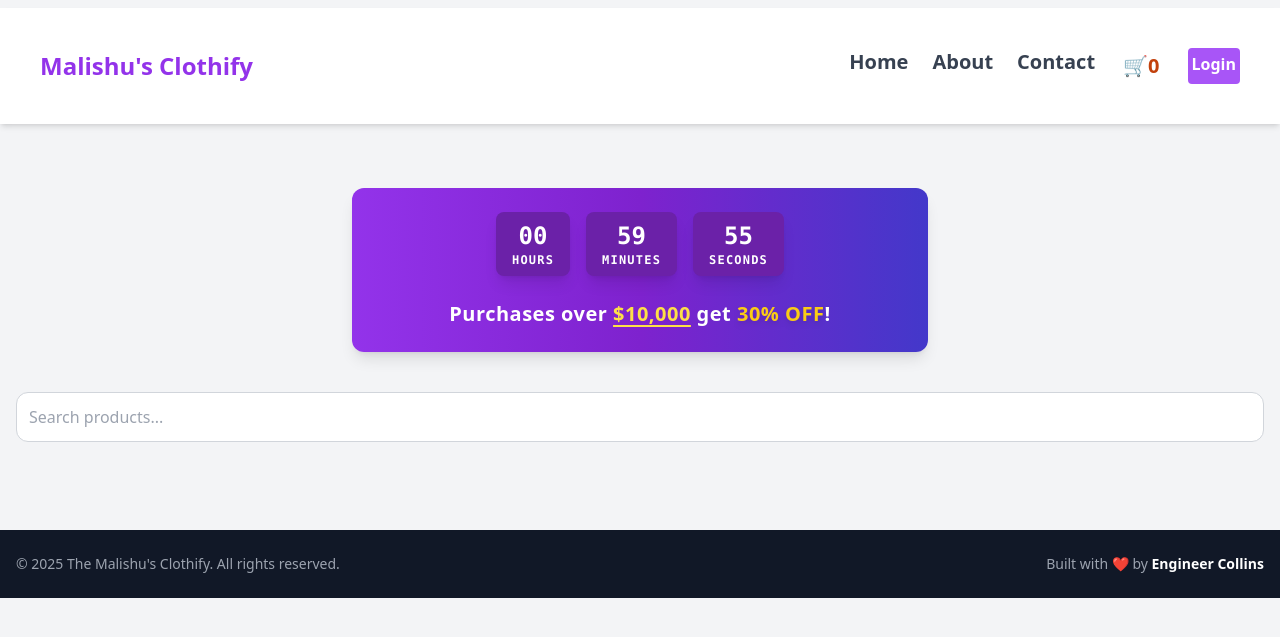
Repository: Engineer-collo/Modern-Ecommerce-Application
Page: /
These files come from the project's save history. The page is drawn as it stood at one moment and after the next save; the edit follows.
The browser window is 1280 px wide. The pictures show the whole page.
The page's requests for data from a server got no answer. The project was rebuilt for these pictures with package versions that can differ from the ones it lists, and the page was loaded fresh each time. No one was signed in, and anything a server would have sent is missing. Also part of the build but not shown: vite.config.js, src/components/SignupForm.jsx, src/components/LoginForm.jsx, src/components/ProductCard.jsx, src/components/Contact.jsx, src/components/About.jsx, src/components/Cart.jsx.

Above is the page before, as saved 2025-05-23 16:32:44.

### index.html
<!DOCTYPE html>
<html lang="en">
<head>
  <meta charset="UTF-8">
  <meta name="viewport" content="width=device-width, initial-scale=1.0">
  <title>Ecommerce</title>
</head>
<body class="bg-gray-100">
  <div id="root"></div>
  <script type="module" src="/src/main.jsx"></script>
</body>
</html>

### src/main.jsx
import React from 'react'
import ReactDOM from 'react-dom/client'
import './index.css'
import App from './App'

ReactDOM.createRoot(document.getElementById('root')).render(
  <React.StrictMode>
    <App />
  </React.StrictMode>,
)

### src/App.jsx
import { BrowserRouter as Router, Routes, Route } from 'react-router-dom';
import { useEffect, useState } from 'react';
import Footer from './components/Footer';
import Navbar from './components/Navbar';
import SignupForm from './components/SignupForm';
import LoginForm from './components/LoginForm';
import ProductFeed from './components/ProductFeed';
import Contact from './components/Contact';
import About from './components/About';
import Cart from './components/Cart';

import {
  showSuccessToast,
  ToastContainerWrapper,
} from './components/Toast';

function App() {
  const [cart, setCart] = useState([]);
  const [cartLoaded, setCartLoaded] = useState(false);

  // Load cart from localStorage
  useEffect(() => {
    const storedCart = localStorage.getItem("cart");
    if (storedCart) {
      try {
        setCart(JSON.parse(storedCart));
      } catch (error) {
        console.error("Failed to parse cart from localStorage:", error);
      }
    }
    setCartLoaded(true);
  }, []);

  // Save cart to localStorage when updated
  useEffect(() => {
    if (cartLoaded) {
      localStorage.setItem("cart", JSON.stringify(cart));
    }
  }, [cart, cartLoaded]);

  const addToCart = (product) => {
    setCart(prevCart => {
      const existing = prevCart.find(item => item.id === product.id);
      if (existing) {
        return prevCart.map(item =>
          item.id === product.id
            ? { ...item, quantity: item.quantity + 1 }
            : item
        );
      } else {
        return [...prevCart, { ...product, quantity: 1 }];
      }
    });
    showSuccessToast("Added to cart!");
  };

  const removeFromCart = (product) => {
    setCart(prevCart =>
      prevCart
        .map(item =>
          item.id === product.id
            ? { ...item, quantity: item.quantity - 1 }
            : item
        )
        .filter(item => item.quantity > 0)
    );
    showSuccessToast("Removed from cart!");
  };

  return (
    <Router>
      <Navbar cart={cart} />
      <Routes>
        <Route
          path="/"
          element={
            <ProductFeed
              addToCart={addToCart}
              showSuccessToast={showSuccessToast}
              cart={cart}
            />
          }
        />
        <Route
          path="/cart"
          element={
            <Cart
              cart={cart}
              removeFromCart={removeFromCart}
            />
          }
        />
        <Route path="/login" element={<LoginForm />} />
        <Route path="/signup" element={<SignupForm />} />
        <Route path="/about" element={<About />} />
        <Route path="/contact" element={<Contact showSuccessToast={showSuccessToast} />} />
      </Routes>
      <ToastContainerWrapper />
      <Footer />
    </Router>
  );
}

export default App;

### src/components/Footer.jsx
const Footer = () => {
    return(
        <>
        <footer className="bg-gray-900 text-white py-6 mt-12">
  <div className="max-w-7xl mx-auto px-4 flex flex-col md:flex-row justify-between items-center space-y-4 md:space-y-0">
    <p className="text-sm text-gray-400">
      &copy; {new Date().getFullYear()} The Malishu's Clothify.  All rights reserved.
    </p>
    <p className="text-sm text-gray-400">
      Built with ❤️ by <span className="text-white font-semibold">Engineer Collins</span>
    </p>


  </div>
</footer>

        </>
    )
}

export default Footer

### src/components/Navbar.jsx
import React, { useState } from "react";
import { Link } from "react-router-dom";

const Navbar = ({ cart = [] }) => {
  const [isOpen, setIsOpen] = useState(false);

  const toggleMenu = () => setIsOpen(!isOpen);

  return (
    <header className="mt-2 bg-white shadow-md">
      <div className="max-w-7xl mx-auto px-10 py-10 flex flex-col md:flex-row md:justify-between md:items-center">
        <div className="flex justify-between items-center">
          <h1 className="text-2xl font-bold text-gray-800">
            <Link
              to="/"
              className="hover:text-blue-500 text-gray-700 transition"
            >
              <span className="text-purple-600">Malishu's Clothify</span>
            </Link>
          </h1>

          <div className="md:hidden">
            <button
              onClick={toggleMenu}
              className="text-gray-700 focus:outline-none"
            >
              <svg
                className="h-6 w-6"
                fill="none"
                stroke="currentColor"
                strokeWidth="2"
                viewBox="0 0 24 24"
              >
                <path
                  strokeLinecap="round"
                  strokeLinejoin="round"
                  d={
                    isOpen
                      ? "M6 18L18 6M6 6l12 12"
                      : "M4 6h16M4 12h16M4 18h16"
                  }
                />
              </svg>
            </button>
          </div>
        </div>

        {/* Removed search input here */}

        {/* Desktop nav */}
        <nav className="space-x-6 hidden md:flex">
          <Link
            to="/"
            className="text-xl hover:text-blue-500 font-bold text-gray-700 transition"
          >
            Home
          </Link>
          <Link
            to="/about"
            className="text-xl hover:text-blue-500 font-bold text-gray-700 transition"
          >
            About
          </Link>
          <Link
            to="/contact"
            className="text-xl hover:text-blue-500 font-bold text-gray-700 transition"
          >
            Contact
          </Link>
          <Link
            to="/cart"
            className="text-xl rounded p-1 font-bold text-orange-700 transition"
          >
            🛒<span>{cart.length}</span>
          </Link>
          <Link
            to="/login"
            className="rounded p-1 bg-purple-500 font-bold text-white transition"
          >
            Login
          </Link>
        </nav>
      </div>

      {/* Mobile nav */}
      {isOpen && (
        <nav className="md:hidden px-4 pb-4 space-y-2">
          <nav className="md:hidden px-4 py-4 flex flex-col space-y-4 bg-white shadow-inner">
            <Link
              to="/"
              className="text-2xl font-bold text-gray-700 hover:text-blue-500 transition"
            >
              Home
            </Link>
            <Link
              to="/about"
              className="text-2xl font-bold text-gray-700 hover:text-blue-500 transition"
            >
              About
            </Link>
            <Link
              to="/contact"
              className="text-2xl font-bold text-gray-700 hover:text-blue-500 transition"
            >
              Contact
            </Link>
            <Link
              to="/cart"
              className="text-2xl font-bold text-orange-700 hover:text-orange-500 transition"
            >
              🛒 {cart.length}
            </Link>
            <Link
              to="/login"
              className="text-center text-2xl font-bold bg-purple-500 text-white px-3 py-2 rounded transition"
            >
              Login
            </Link>
          </nav>
        </nav>
      )}
    </header>
  );
};

export default Navbar;

### src/components/ProductFeed.jsx
import React, { useEffect, useState } from "react";
import ProductCard from "./ProductCard";
import OfferCountdown from "./OfferCountdown";

const ProductFeed = ({ addToCart }) => {
  const [products, setProducts] = useState([]);
  const [searchTerm, setSearchTerm] = useState("");

  useEffect(() => {
    fetch("https://fakestoreapi.com/products")
      .then((res) => res.json())
      .then((data) => setProducts(data))
      .catch((err) => console.error("Failed to fetch products:", err));
  }, []);

  const filteredProducts = products.filter((product) =>
    product.title.toLowerCase().includes(searchTerm.toLowerCase())
  );

  return (
    <>
      <div className="mt-12 p-4 max-w-7xl mx-auto">
        {/* Modern styled offer card */}
        <div className="mb-10 p-6 rounded-xl shadow-lg bg-gradient-to-r from-purple-600 via-purple-700 to-indigo-700 text-white max-w-xl mx-auto">
          <OfferCountdown />
          <p className="mt-6 text-center text-lg sm:text-xl font-semibold tracking-wide">
            Purchases over{" "}
            <span className="text-yellow-300 underline decoration-yellow-300 underline-offset-4">
              $10,000
            </span>{" "}
            get{" "}
            <span className="text-yellow-400 font-extrabold drop-shadow-md">
              30% OFF
            </span>
            !
          </p>
        </div>

        {/* Search input */}
        <input
          type="text"
          placeholder="Search products..."
          value={searchTerm}
          onChange={(e) => setSearchTerm(e.target.value)}
          className="mb-6 p-3 w-full border border-gray-300 rounded-xl focus:outline-none focus:ring-4 focus:ring-purple-500 focus:border-transparent transition"
        />

        {/* Products grid */}
        <div className="grid grid-cols-2 md:grid-cols-3 lg:grid-cols-4 gap-6">
          {filteredProducts.map((product) => (
            <ProductCard
              key={product.id}
              product={product}
              addToCart={addToCart}
            />
          ))}
        </div>
      </div>
    </>
  );
};

export default ProductFeed;

### src/components/Toast.jsx
// src/components/Toast.js
import { toast, ToastContainer } from 'react-toastify';
import 'react-toastify/dist/ReactToastify.css';

// Toast functions
export const showSuccessToast = (message) =>
  toast.success(message, {
    className: 'bg-green-100 text-green-800 border border-green-300 rounded p-4',
    bodyClassName: 'text-sm',
    progressClassName: 'bg-green-500',
  });

export const showErrorToast = (message) =>
  toast.error(message, {
    className: 'bg-red-100 text-red-800 border border-red-300 rounded p-4',
    bodyClassName: 'text-sm',
    progressClassName: 'bg-red-500',
  });

export const showInfoToast = (message) =>
  toast.info(message, {
    className: 'bg-blue-100 text-blue-800 border border-blue-300 rounded p-4',
    bodyClassName: 'text-sm',
    progressClassName: 'bg-blue-500',
  });

export const showWarningToast = (message) =>
  toast.warn(message, {
    className: 'bg-yellow-100 text-yellow-800 border border-yellow-300 rounded p-4',
    bodyClassName: 'text-sm',
    progressClassName: 'bg-yellow-500',
  });

// Toast container
export const ToastContainerWrapper = () => (
  <ToastContainer position="top-center" autoClose={2000} />
);

### src/components/OfferCountdown.jsx
import React, { useEffect, useState } from "react";

const OfferCountdown = () => {
  const [timeLeft, setTimeLeft] = useState({
    hours: "00",
    minutes: "00",
    seconds: "00",
  });

  useEffect(() => {
    // Set target time 1 hour from now (you can customize)
    const targetTime = new Date();
    targetTime.setHours(targetTime.getHours() + 1);

    const updateCountdown = () => {
      const now = new Date();
      const diff = targetTime - now;

      if (diff <= 0) {
        setTimeLeft({ hours: "00", minutes: "00", seconds: "00" });
        return;
      }

      const hours = Math.floor(diff / (1000 * 60 * 60));
      const minutes = Math.floor((diff / (1000 * 60)) % 60);
      const seconds = Math.floor((diff / 1000) % 60);

      setTimeLeft({
        hours: hours.toString().padStart(2, "0"),
        minutes: minutes.toString().padStart(2, "0"),
        seconds: seconds.toString().padStart(2, "0"),
      });
    };

    // Update immediately and then every second
    updateCountdown();
    const interval = setInterval(updateCountdown, 1000);

    return () => clearInterval(interval);
  }, []);

  return (
    <div className="flex justify-center space-x-4 text-white text-xl sm:text-2xl font-semibold font-mono select-none">
      <div className="flex flex-col items-center bg-purple-800 rounded-lg px-4 py-2 shadow-lg min-w-[60px]">
        <span>{timeLeft.hours}</span>
        <span className="text-xs uppercase tracking-widest">Hours</span>
      </div>
      <div className="flex flex-col items-center bg-purple-800 rounded-lg px-4 py-2 shadow-lg min-w-[60px]">
        <span>{timeLeft.minutes}</span>
        <span className="text-xs uppercase tracking-widest">Minutes</span>
      </div>
      <div className="flex flex-col items-center bg-purple-800 rounded-lg px-4 py-2 shadow-lg min-w-[60px]">
        <span>{timeLeft.seconds}</span>
        <span className="text-xs uppercase tracking-widest">Seconds</span>
      </div>
    </div>
  );
};

export default OfferCountdown;

Loaded but not shown: src/index.css (common file); tailwind.config.js (common file)

After the next save:
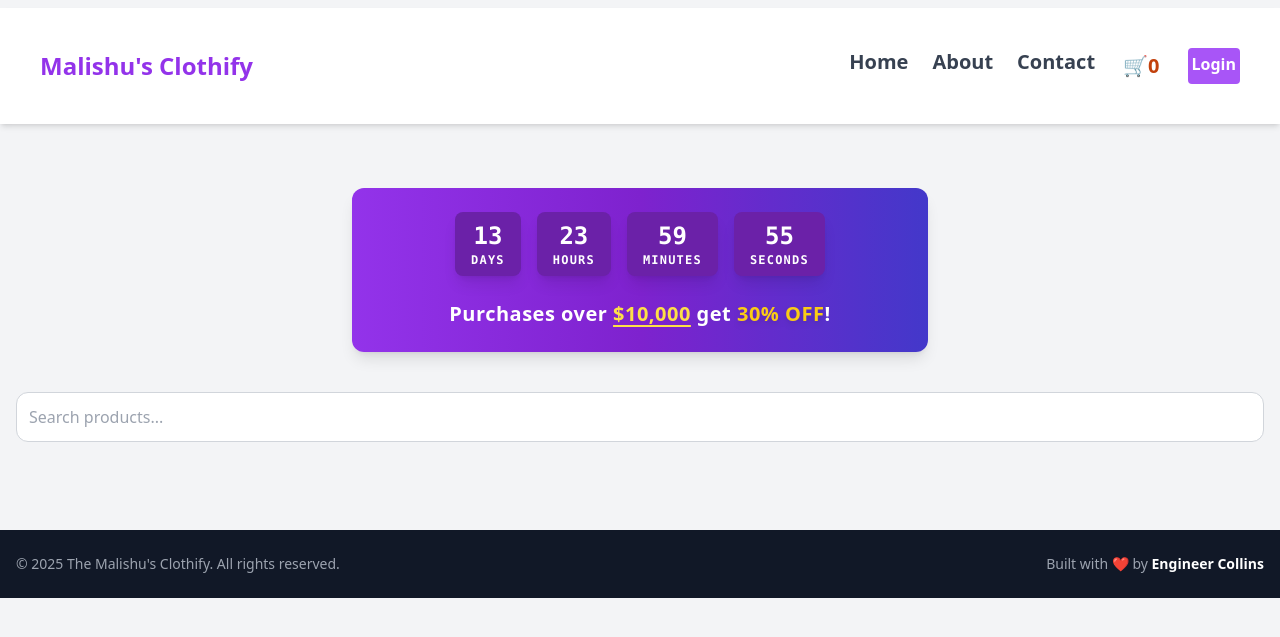
Saved 85 s later.
--- a/src/components/OfferCountdown.jsx
+++ b/src/components/OfferCountdown.jsx
@@ -2,37 +2,39 @@ import React, { useEffect, useState } from "react";
 
 const OfferCountdown = () => {
   const [timeLeft, setTimeLeft] = useState({
+    days: "00",
     hours: "00",
     minutes: "00",
     seconds: "00",
   });
 
   useEffect(() => {
-    // Set target time 1 hour from now (you can customize)
+    // Set target time 14 days from now
     const targetTime = new Date();
-    targetTime.setHours(targetTime.getHours() + 1);
+    targetTime.setDate(targetTime.getDate() + 14);
 
     const updateCountdown = () => {
       const now = new Date();
       const diff = targetTime - now;
 
       if (diff <= 0) {
-        setTimeLeft({ hours: "00", minutes: "00", seconds: "00" });
+        setTimeLeft({ days: "00", hours: "00", minutes: "00", seconds: "00" });
         return;
       }
 
-      const hours = Math.floor(diff / (1000 * 60 * 60));
+      const days = Math.floor(diff / (1000 * 60 * 60 * 24));
+      const hours = Math.floor((diff / (1000 * 60 * 60)) % 24);
       const minutes = Math.floor((diff / (1000 * 60)) % 60);
       const seconds = Math.floor((diff / 1000) % 60);
 
       setTimeLeft({
+        days: days.toString().padStart(2, "0"),
         hours: hours.toString().padStart(2, "0"),
         minutes: minutes.toString().padStart(2, "0"),
         seconds: seconds.toString().padStart(2, "0"),
       });
     };
 
-    // Update immediately and then every second
     updateCountdown();
     const interval = setInterval(updateCountdown, 1000);
 
@@ -41,6 +43,10 @@ const OfferCountdown = () => {
 
   return (
     <div className="flex justify-center space-x-4 text-white text-xl sm:text-2xl font-semibold font-mono select-none">
+      <div className="flex flex-col items-center bg-purple-800 rounded-lg px-4 py-2 shadow-lg min-w-[60px]">
+        <span>{timeLeft.days}</span>
+        <span className="text-xs uppercase tracking-widest">Days</span>
+      </div>
       <div className="flex flex-col items-center bg-purple-800 rounded-lg px-4 py-2 shadow-lg min-w-[60px]">
         <span>{timeLeft.hours}</span>
         <span className="text-xs uppercase tracking-widest">Hours</span>
